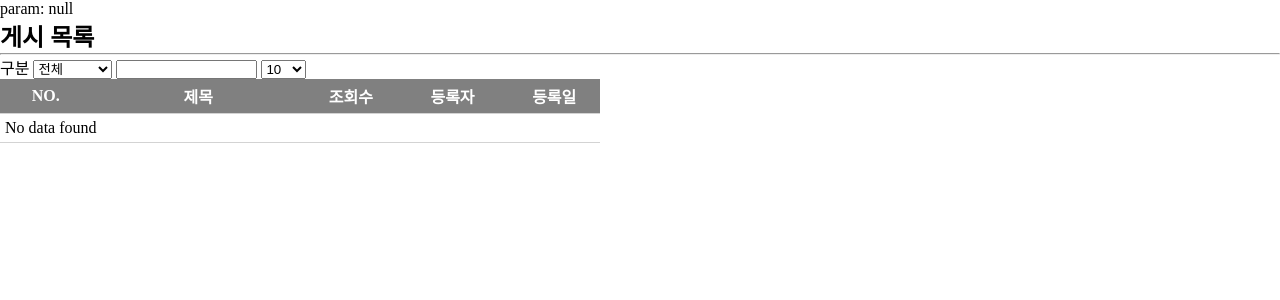
Repository: kimjoohye/study_WEB
Page: http://localhost/studyhtml5/board/board_list.jsp
An editor plug-in stored every save of this project. The page is shown before and after the next save, followed by the edit.
The browser window is 1280 px wide. The pictures show the whole page.
The page is served by Tomcat 9. Nobody is signed in. The application's start-up code is not run. The template is opened directly, without the code that normally fills it, so the values that code supplies are empty.

Above is the page before, as saved 2022-05-17 03:38:41.

After the next save:
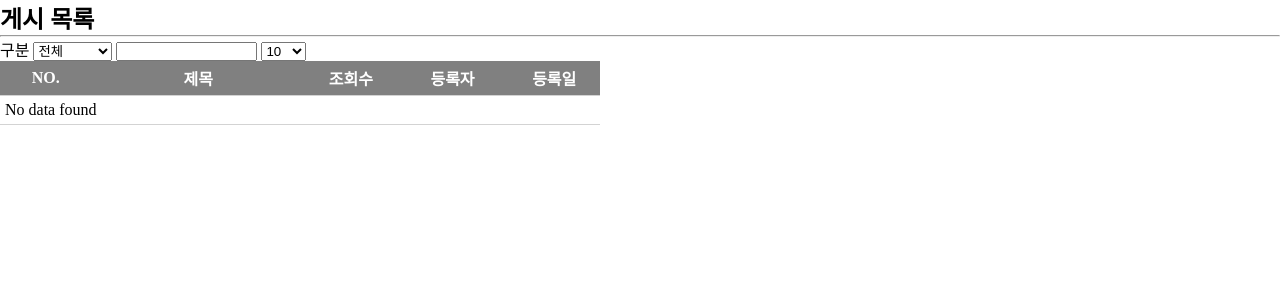
Saved 10 s later.
--- a/workspace/studyhtml5/WebContent/board/board_list.jsp
+++ b/workspace/studyhtml5/WebContent/board/board_list.jsp
@@ -8,7 +8,7 @@
 <%
    //param
    SearchVO param = (SearchVO)request.getAttribute("param");
-   out.println("param: "+ param);
+   //out.println("param: "+ param);
 
    //list
    List<BoardVO> list = (List<BoardVO>)request.getAttribute("list");
